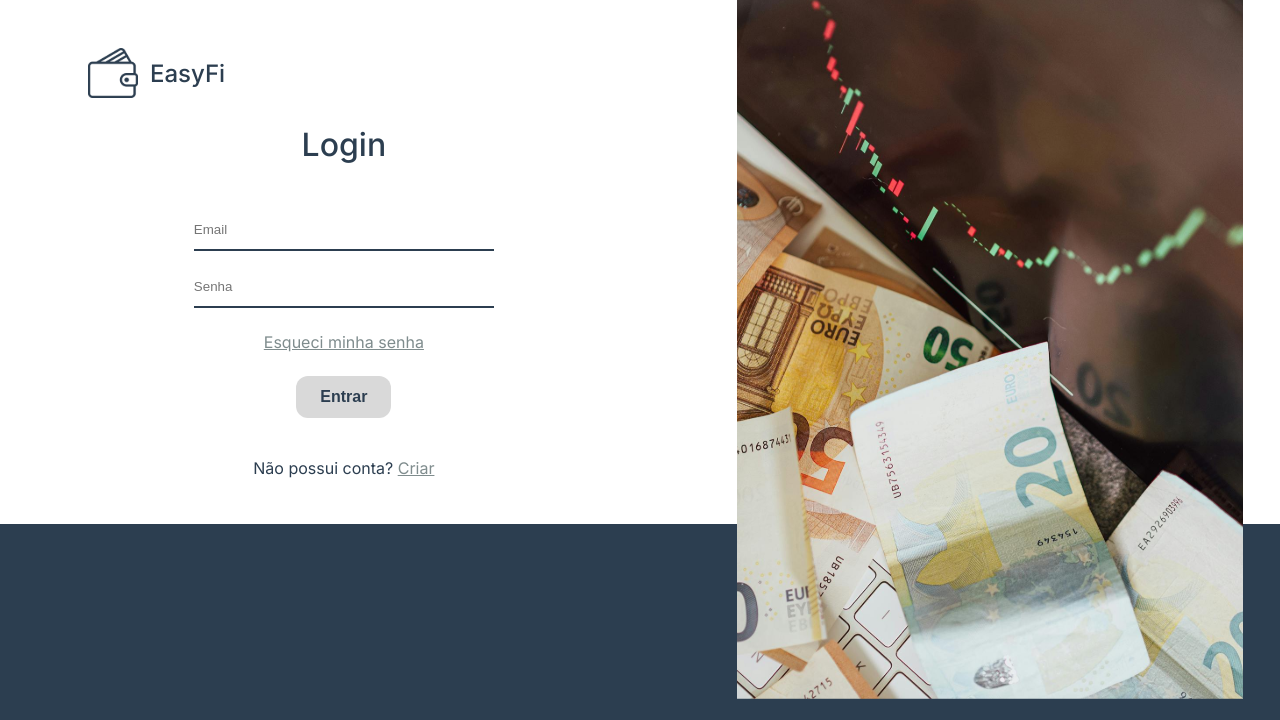
Repository: Ingridiag/projeto-engenharia
Page: login.html
These files come from the project's save history. The page is drawn as it stood at one moment and after the next save; the edit follows.
The browser window is 1280 px wide. The pictures show the whole page.

Above is the page before, as saved 2024-10-28 16:49:51.

After the next save:
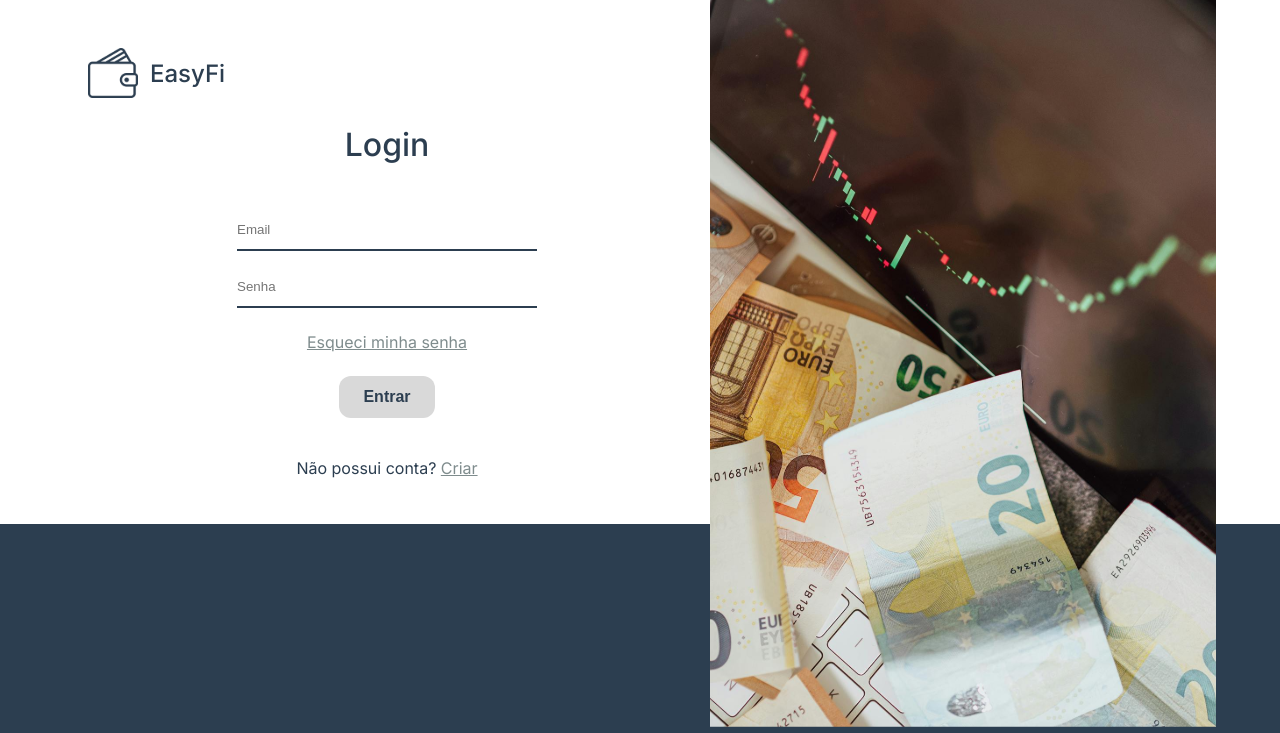
Saved 5 s later.
--- a/style.css
+++ b/style.css
@@ -97,14 +97,14 @@ body {
     color: #577695;
     transform: scale(1.1);
 }
-.decor{
+/* .decor{
    display: flex;
    img{
     width: 100%;
     height: 80%;
     pa
    }
-}
+} */
 
 .cadastro {
     display: none;
